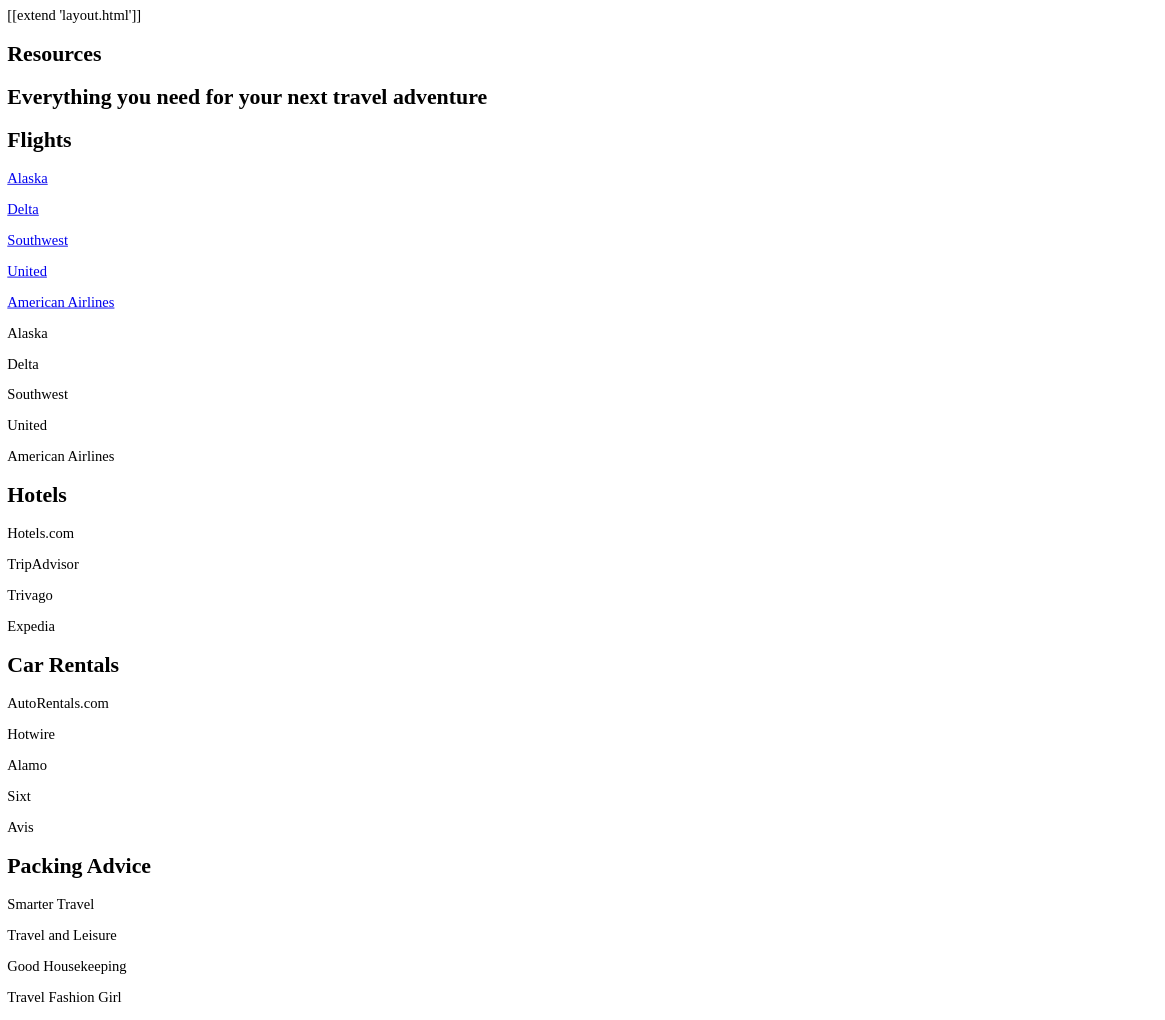
Repository: mreyeszaz/travel-tea-website
Page: templates/resources.html
The author's editor kept a copy of each file at every save. The page is drawn from the files as they stood at one save, then again after the next save.
The browser window is 1280 px wide. The pictures show the whole page, at 91% of full size.

Above is the page before, as saved 2021-05-29 22:56:07.

After the next save:
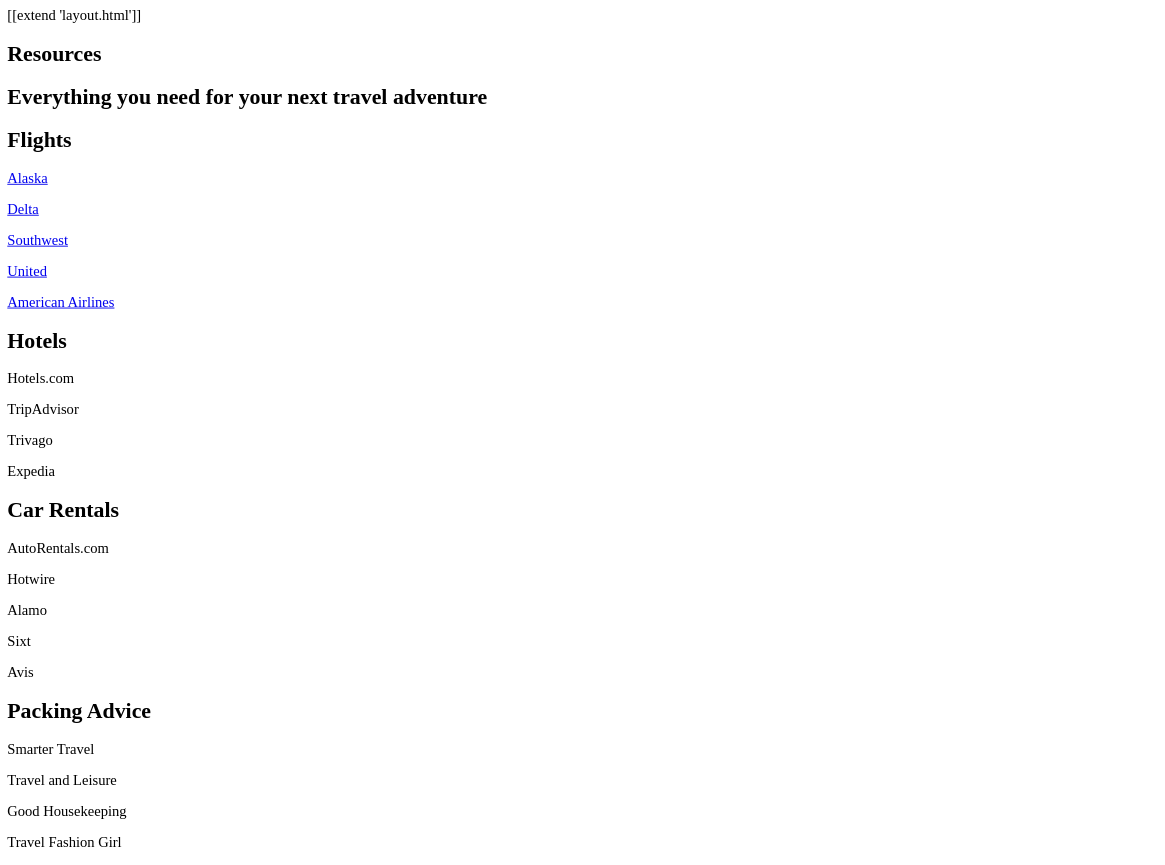
Saved 39 s later.
--- a/templates/resources.html
+++ b/templates/resources.html
@@ -12,11 +12,7 @@
             <a href="https://www.southwest.com/"><p>Southwest</p></a>
             <a href="https://www.united.com/en/us"><p>United</p></a>
             <a href="https://www.aa.com/homePage.do"><p>American Airlines</p></a>
-            <p> Alaska </p>
-            <p> Delta </p>
-            <p> Southwest </p>
-            <p> United </p>
-            <p> American Airlines </p>
+
         </div>
 
         <div class="box">
